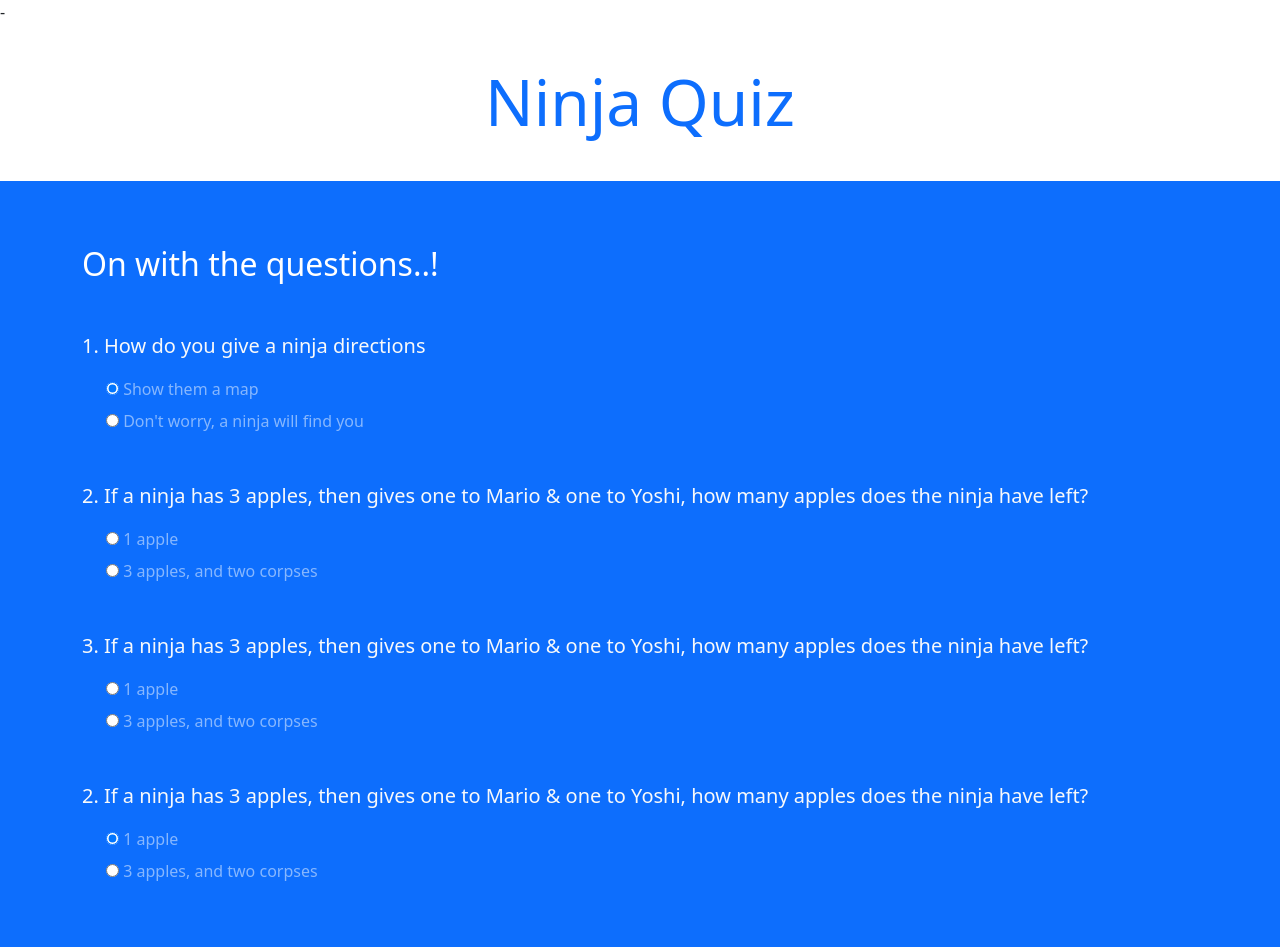
Repository: Programmer-RD-AI/Modern-JavaScript-Complete-guide-from-Novice-to-Ninja
Page: ninja_quiz/index.html
The author's editor kept a copy of each file at every save. The page is drawn from the files as they stood at one save, then again after a run of saves.
The browser window is 1280 px wide. The pictures show the whole page.

Above is the page before, as saved 2023-12-26 15:30:20.

After the next 3 saves:
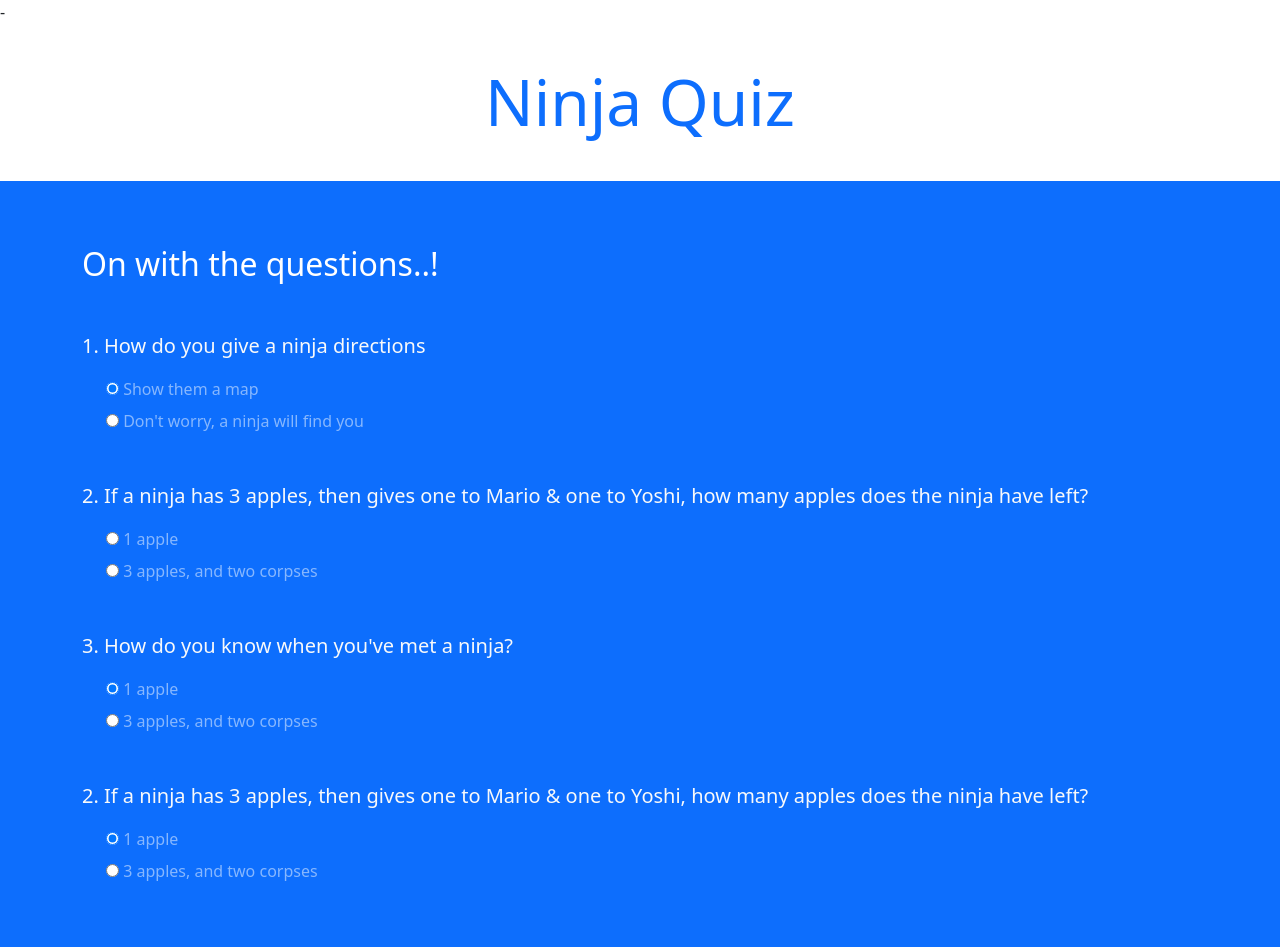
The 3 saves are shown as one change because they came seconds apart.
The last was saved 13 s later.
--- a/ninja_quiz/index.html
+++ b/ninja_quiz/index.html
@@ -55,15 +55,14 @@
           </div>
           <div class="my-5">
             <p class="lead font-weight-normal">
-              3. If a ninja has 3 apples, then gives one to Mario & one to
-              Yoshi, how many apples does the ninja have left?
+              3. How do you know when you've met a ninja?
             </p>
             <div class="form-check my-2 text-white-50">
-              <input type="radio" name="q2" value="A" checked />
+              <input type="radio" name="q3" value="A" checked />
               <label class="form-check-label">1 apple</label>
             </div>
             <div class="form-check my-2 text-white-50">
-              <input type="radio" name="q2" value="B" />
+              <input type="radio" name="q3" value="B" />
               <label class="form-check-label">3 apples, and two corpses</label>
             </div>
           </div>
